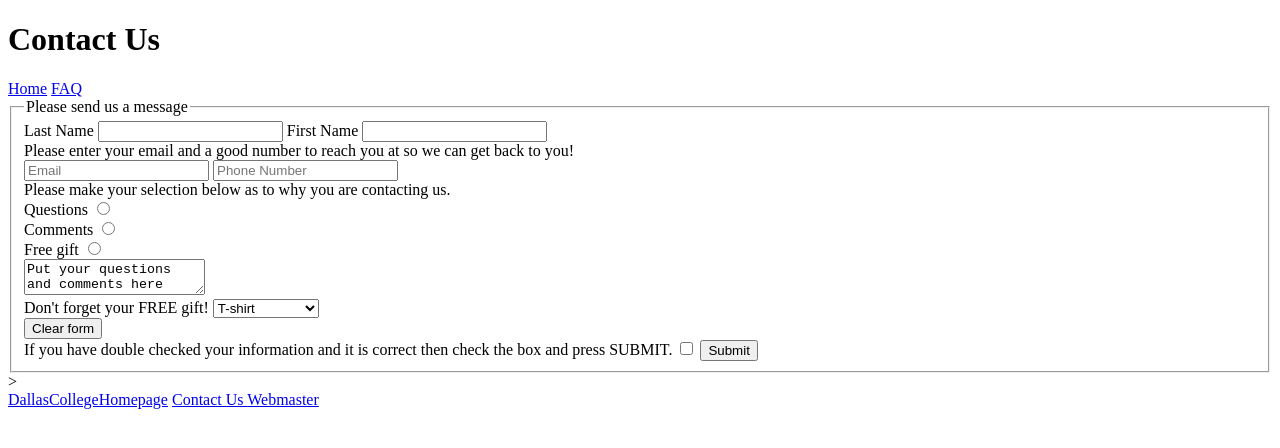
Repository: nsisk1/web-page-project
Page: contact-us.html
An editor plug-in stored every save of this project. The page is shown before and after the next save, followed by the edit.
The browser window is 1280 px wide. The pictures show the whole page.

Above is the page before, as saved 2024-07-14 10:28:22.

### contact-us.html
<!DOCTYPE html>
<html lang="En">
    <head>
        <title>Contact Us</title>
    </head>
    <body>
        <h1>Contact Us</h1>
        <nav>
            <a href="index.html">Home</a>
            <a href="faq.html">FAQ</a>
        </nav>
        <fieldset>
            <legend>Please send us a message</legend>
            <form id="myMailerForm" action="mailto:nsisk1@student.dallascollege.edu" method="post">
                <label>
                    Last Name
                    <input type="text" name="lastname" required>
                </label>
                <label>
                    First Name
                    <input type="text" name="firstname" required>
                </label>
                <br>
                Please enter your email and a good number to reach you at so we can get back to you!
                <br>
                <input type="text" name="email" placeholder="Email" required>
                <input type="text" name="phone" placeholder="Phone Number" required>
                <br>
                Please make your selection below as to why you are contacting us.
                <br>
                Questions
                <input type="radio" name="reason" value="question">
                <br>
                Comments
                <input type="radio" name="reason" value="comments">
                <br>
                Free gift
                <input type="radio" name="reason" value="order">
                <br>
                <textarea name="textbox">Put your questions and comments here</textarea>
                <br>
                Don't forget your FREE gift!
                <select name="gift">
                    <option>T-shirt</option>
                    <option>Pictures</option>
                    <option>Not Interested</option>

                </select>
                <br>
                <input type="reset" value="Clear form">
                <br>
                If you have double checked your information and it is correct then check the box and press SUBMIT.
                <input type="checkbox" name="info" required>
                <input type="submit" value="Submit">

            </fieldset>></form>
            <footer position="absolute">
            <a href="https://www.dallascollege.edu" target="blank">DallasCollegeHomepage</a>
            <a href="contact-us.html" target="blank">
                Contact Us
            </a>
            <a href="mailto:nsisk1@student.dallascollege.edu">Webmaster</a>
        </footer>
        </body>
    </html>

After the next save:
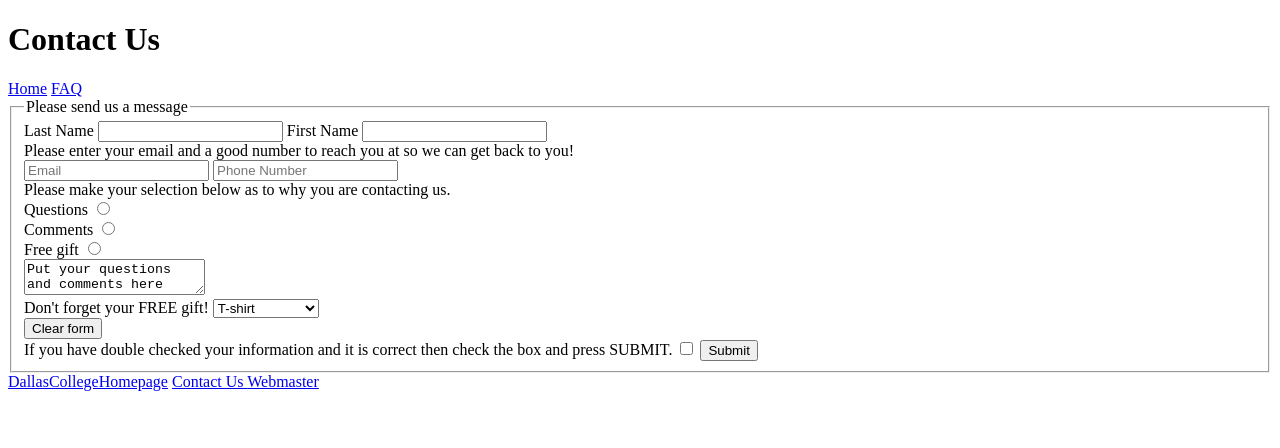
Saved 6 s later.
--- a/contact-us.html
+++ b/contact-us.html
@@ -53,7 +53,7 @@
                 <input type="checkbox" name="info" required>
                 <input type="submit" value="Submit">
 
-            </fieldset>></form>
+            </fieldset></form>
             <footer position="absolute">
             <a href="https://www.dallascollege.edu" target="blank">DallasCollegeHomepage</a>
             <a href="contact-us.html" target="blank">
